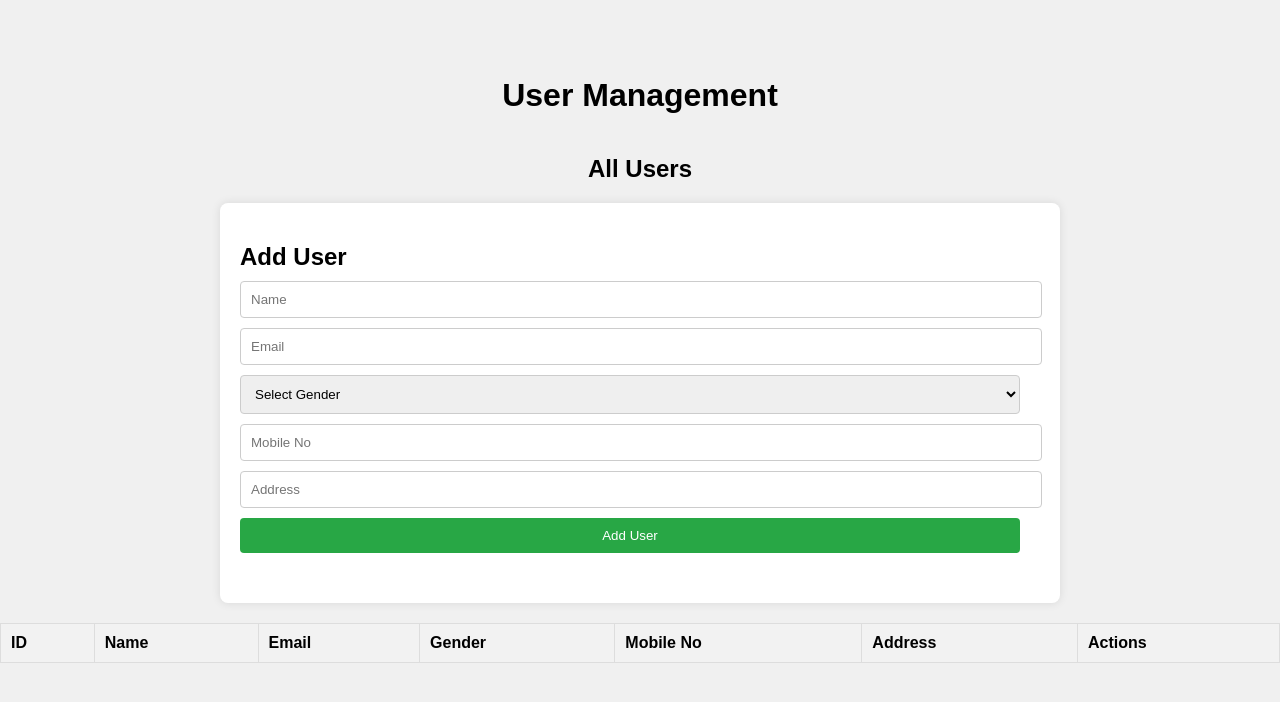
Repository: kushwahvikash/curd-operation
Page: curd-operation/src/main/resources/static/ui.html
These files come from the project's save history. The page is drawn as it stood at one moment and after the next save; the edit follows.
The browser window is 1280 px wide. The pictures show the whole page.
The page's requests for data from a server got no answer.

Above is the page before, as saved 2024-07-24 14:29:31.

After the next save:
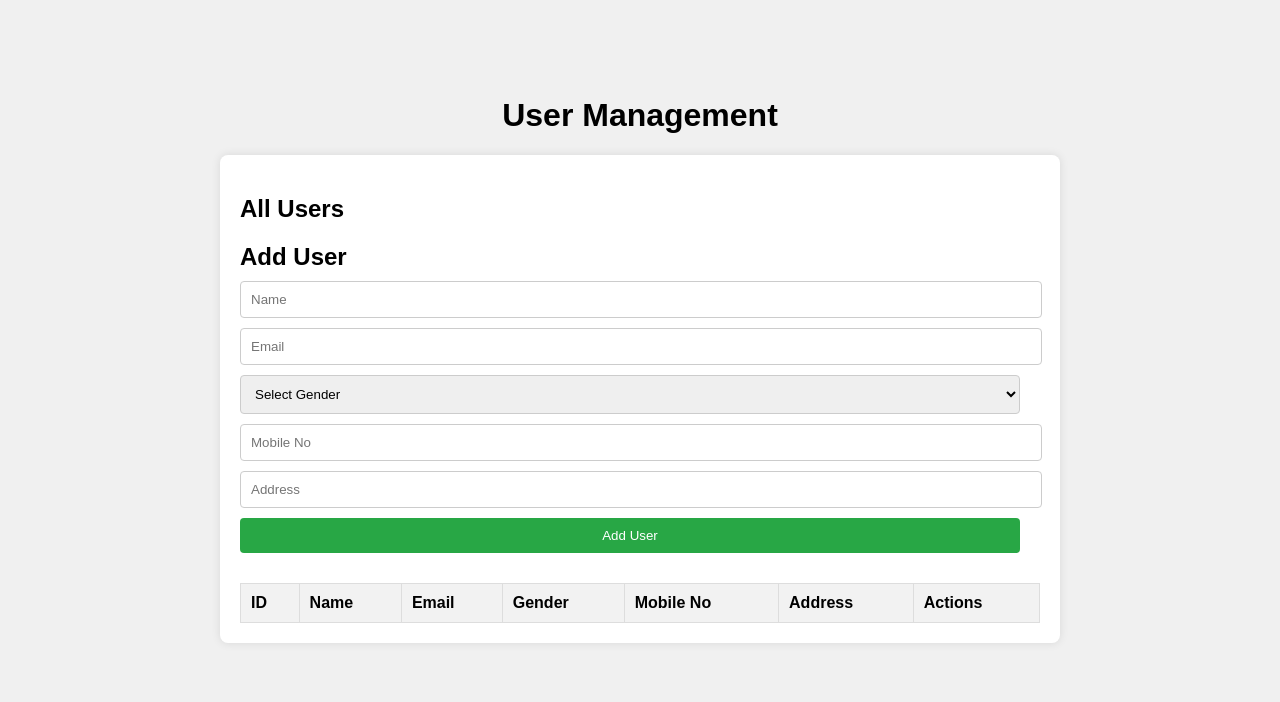
Saved 4 min 35 s later.
--- a/curd-operation/src/main/resources/static/ui.html
+++ b/curd-operation/src/main/resources/static/ui.html
@@ -91,22 +91,8 @@
 </head>
 <body>
     <h1>User Management</h1>
-
-        <div class="edit-container" id="editContainer">
-            <h2>Edit User</h2>
-            <input type="hidden" id="editId">
-            <input type="text" id="editName" placeholder="Name">
-            <input type="email" id="editEmail" placeholder="Email">
-            <select id="editGender">
-                <option value="">Select Gender</option>
-                <option value="Male">Male</option>
-                <option value="Female">Female</option>
-            </select>
-            <input type="text" id="editMobileNo" placeholder="Mobile No">
-            <input type="text" id="editAddress" placeholder="Address">
-            <button onclick="updateUser()">Update User</button>
-            <button onclick="cancelEdit()">Cancel</button>
-        </div>
+   <div class="container">
+
         <h2>All Users</h2>
         <table id="userTable">
             <thead>
@@ -123,7 +109,22 @@
             <tbody>
                 <!-- Dynamic Content -->
 
-                <div class="container">
+
+    <div class="edit-container" id="editContainer">
+            <h2>Edit User</h2>
+            <input type="hidden" id="editId">
+            <input type="text" id="editName" placeholder="Name">
+            <input type="email" id="editEmail" placeholder="Email">
+            <select id="editGender">
+                <option value="">Select Gender</option>
+                <option value="Male">Male</option>
+                <option value="Female">Female</option>
+            </select>
+            <input type="text" id="editMobileNo" placeholder="Mobile No">
+            <input type="text" id="editAddress" placeholder="Address">
+            <button onclick="updateUser()">Update User</button>
+            <button onclick="cancelEdit()">Cancel</button>
+        </div>
         <div class="form-container">
             <h2>Add User</h2>
             <input type="text" id="name" placeholder="Name">
@@ -163,7 +164,7 @@
                         row.insertCell(4).innerHTML = user.mobileNo;
                         row.insertCell(5).innerHTML = user.address;
                         const actionsCell = row.insertCell(6);
-                        actionsCell.innerHTML = `<button class="btn btn-edit" onclick="addUser(${user.id})">Add</button>
+                        actionsCell.innerHTML = `<button class="btn btn-edit" onclick="addUser(${user})">Add</button>
                         	                     <button class="btn btn-edit" onclick="editUser(${user.id})">Edit</button>
                                                  <button class="btn btn-delete" onclick="deleteUser(${user.id})">Delete</button>`;
                     });
